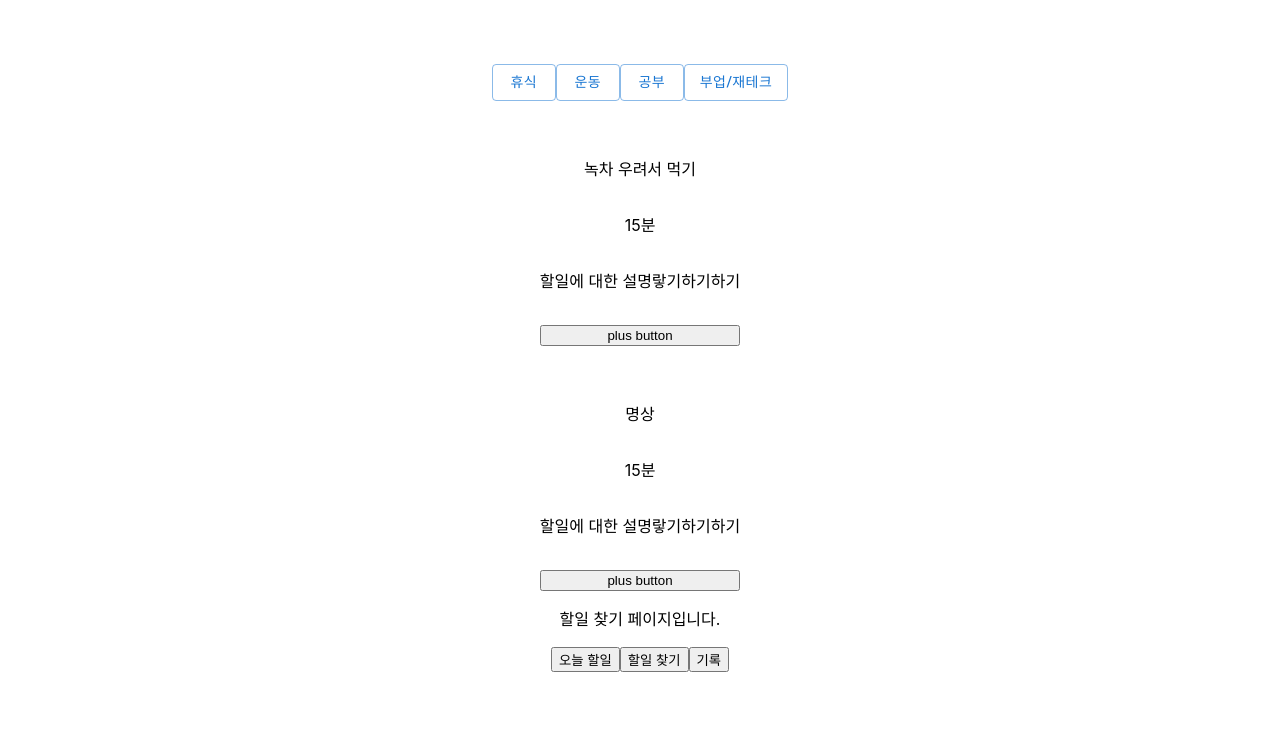
Repository: Tickley-Team/Tickley
Page: /todos/find
An editor plug-in stored every save of this project. The page is shown before and after the next save, followed by the edit.
The browser window is 1280 px wide. The pictures show the whole page.
The project was rebuilt for these pictures with package versions that can differ from the ones it lists, and the page was loaded fresh each time. Also part of the build but not shown: vite.config.ts, src/pages/Todos.tsx, src/components/RangeSlider.tsx, src/pages/SurveySpareTime/index.tsx, src/pages/Home.tsx, src/hooks/useOnboarding.ts, src/pages/OnboardingPage.tsx, src/components/TodoMemoryDatePopup.tsx and 5 more.

Above is the page before, as saved 2024-12-08 18:15:26.

### index.html
<!doctype html>
<html lang="en">
  <head>
    <meta charset="UTF-8" />
    <link rel="icon" type="image/svg+xml" href="/vite.svg" />
    <meta name="viewport" content="width=device-width, initial-scale=1.0" />
    <title>티클리</title>
  </head>
  <body>
    <div id="root"></div>
    <script type="module" src="/src/main.tsx"></script>
  </body>
</html>

### src/index.css
:root {
  font-family: Inter, system-ui, Avenir, Helvetica, Arial, sans-serif;
  line-height: 1.5;
  font-weight: 400;

  color-scheme: light dark;

  font-synthesis: none;
  text-rendering: optimizeLegibility;
  -webkit-font-smoothing: antialiased;
  -moz-osx-font-smoothing: grayscale;
}

### src/App.tsx
import './App.css'

import Todos from './pages/Todos'
import TodosFind from './pages/TodosFind'
import SurveySpareTime from './pages/SurveySpareTime'
import Home from './pages/Home'
import OnboardingPage from './pages/OnboardingPage'
import TodosMemory from './pages/TodosMemory'
import ProgressTimer from './pages/ProgressTimer'
import CompletedTimer from './pages/CompletedTimer'
import { fetchRecommendTodos } from './api/fetchRecommendTodos'
import { createBrowserRouter, RouterProvider } from 'react-router'

function App() {
  const isProduction = process.env.NODE_ENV === 'production'
  const basename = isProduction ? '/Tickley' : '/'

  const router = createBrowserRouter(
    [
      {
        path: '/',
        element: <Home />,
      },
      {
        path: '/todos',
        element: <Todos />,
      },
      {
        path: '/todos/find',
        element: <TodosFind />,
        loader: () =>
          fetchRecommendTodos(
            `${import.meta.env.BASE_URL}data/todoRecommendData.json`,
          ),
      },
      {
        path: '/todos/memory',
        element: <TodosMemory />,
      },
      {
        path: '/survey',
        element: <SurveySpareTime />,
      },
      {
        path: '/onboarding/:onboardingId',
        element: <OnboardingPage />,
      },
      {
        path: '/timer/progress',
        element: <ProgressTimer />,
      },
      {
        path: '/timer/completed',
        element: <CompletedTimer />,
      },
    ],
    {
      basename,
    },
  )

  return (
    <div className="App">
      <RouterProvider router={router} />
    </div>
  )
}

export default App

### src/App.css
#root {
  /* max-width: 1280px; */
  margin: 0 auto;
  text-align: center;
}

### src/pages/TodosFind.tsx
import { useLoaderData, Link } from 'react-router'
import { Box, Button, Stack } from '@mui/material'
import { useFilterTodos } from '../hooks/useFilteredTodos'
import { useLocalStorage } from '../hooks/useLocalStorage'
import { DateNowToUnix } from '../utils'
import {
  CategoryNames,
  RecommendTodo,
  TodoItem,
  TodoRecommendItemType,
} from '../types'
import { MobileLayout } from '../layout/MobileLayout'

const TodosFind = () => {
  const todosMockData = useLoaderData<RecommendTodo[]>()?.map((todo) => ({
    ...todo,
    estimateTime: Number(todo.estimateTime),
  }))
  const { categoryNames, setCategoryName, filteredTodos } =
    useFilterTodos(todosMockData)

  const { addToStoredValue } = useLocalStorage<TodoItem[]>('todos', [])

  const addTodo = (selectedRecommendTodo: RecommendTodo) => {
    addToStoredValue({
      title: selectedRecommendTodo.title,
      estimateTime: selectedRecommendTodo.estimateTime,
      itemStatus: 'ready',
      registeredDate: DateNowToUnix(),
    })
  }
  return (
    <MobileLayout>
      <CategoryBar categoryNames={categoryNames} onClick={setCategoryName} />
      <TodoList list={filteredTodos} onAddTodo={addTodo} />
      <div>
        <p>할일 찾기 페이지입니다.</p>
        <div>
          <Link to="/todos">
            <button>오늘 할일</button>
          </Link>
          <Link to="/todos/find">
            <button>할일 찾기</button>
          </Link>
          <Link to="/todos/memory">
            <button>기록</button>
          </Link>
        </div>
      </div>
    </MobileLayout>
  )
}

export default TodosFind

export const TodoList = ({
  list,
  onAddTodo,
}: {
  list: RecommendTodo[]
  onAddTodo: (todo: RecommendTodo) => void
}) => {
  return (
    <>
      {list.map((todo) => (
        <TodoRecommendItem
          key={todo.id}
          {...todo}
          onClick={() => onAddTodo(todo)}
        />
      ))}
    </>
  )
}
type CategoryBarProps = {
  categoryNames: CategoryNames
  onClick: (e: string) => void
}
export const CategoryBar = ({ categoryNames, onClick }: CategoryBarProps) => {
  return (
    <Box sx={{ display: 'flex' }}>
      {categoryNames.map((categoryName, idx) => (
        <Button
          key={`${categoryName}_${idx}`}
          variant="outlined"
          onClick={() => onClick(categoryName)}
        >
          {categoryName}
        </Button>
      ))}
    </Box>
  )
}

export type TodoRecommendItemProps = TodoRecommendItemType & {
  onClick: (e: React.MouseEvent<HTMLButtonElement>) => void
}
export const TodoRecommendItem = ({
  title,
  estimateTime,
  onClick,
}: TodoRecommendItemProps) => {
  return (
    <Stack direction={{ xs: 'column' }} spacing={{ xs: 1, sm: 2, md: 4 }}>
      <div className={'icon'}>
        <img src="" />
      </div>

      <p>{title}</p>
      <span>{estimateTime}분</span>
      <p>할일에 대한 설명랗기하기하기 </p>

      <button onClick={onClick}>plus button</button>
    </Stack>
  )
}

### src/api/fetchRecommendTodos.ts
import { RecommendTodo } from '../types'

export const fetchRecommendTodos = async (
  path: string,
): Promise<Array<RecommendTodo>> => {
  try {
    const response = await fetch(path)
    if (!response.ok) {
      throw new Error(`HTTP error! status: ${response.status}`)
    }
    return response.json()
  } catch (error) {
    if (error instanceof Error) {
      throw new Error(`데이터 로드 실패: ${error.message}`)
    }
    throw new Error('알 수 없는 에러가 발생했습니다')
  }
}

### src/hooks/useFilteredTodos.tsx
import { useRecommendTodoFilterStore } from '../stores/recommendTodoFilterStore'
import { RecommendTodo } from '../types'
import { useCategoryNames } from './useCategoryNames'

export const useFilterTodos = (todos: Array<RecommendTodo>) => {
  const { spareTime, categoryName, setCategoryName } =
    useRecommendTodoFilterStore()

  const categoryNames = useCategoryNames(todos)

  const filteredTodos = todos.filter(
    (todo) =>
      todo.categoryName === categoryName &&
      Number(todo.estimateTime) <= spareTime,
  )

  return { filteredTodos, categoryNames, setCategoryName, spareTime }
}

### src/hooks/useLocalStorage.ts
import { useState } from 'react'

export const useLocalStorage = <T>(key: string, initialValue: T) => {
  const [value, setValue] = useState<T>(() => {
    const storedValue = localStorage.getItem(key)
    // 로컬스토리지 값이 없으면 초기값 사용, 값이 있으면 JSON으로 파싱
    const data = storedValue ? JSON.parse(storedValue) : initialValue
    // 데이터 타입이 맞는지 확인하고 아니라면 초기값으로 설정
    if (Array.isArray(data)) {
      return data as T // 배열일 때만 배열로 반환
    }
    return initialValue // 배열이 아니면 초기값으로 설정
  })

  const addToStoredValue = (newItem: T extends Array<infer U> ? U : T) => {
    const updatedValue: T = (
      Array.isArray(value) ? [...value, newItem] : newItem
    ) as T

    setValue(updatedValue)
    localStorage.setItem(key, JSON.stringify(updatedValue))
  }

  return { value, addToStoredValue }
}

### src/utils.ts
export const delay: (ms: number) => Promise<boolean> = (ms: number) => {
  return new Promise((resolve) => {
    setTimeout(() => {
      resolve(true)
    }, ms)
  })
}

export const DateNowToUnix = () => Math.floor(Date.now() / 1000)

### src/layout/MobileLayout.tsx
import { Container } from '@mui/material'

export const MobileLayout = ({
  children,
  ...restProps
}: {
  children: React.ReactNode
}) => {
  return (
    <Container
      sx={{
        maxWidth: '375px', // 최대 너비 375px
        margin: '0 auto',
        backgroundColor: 'white',
        height: '100vh',
        display: 'flex', // Flexbox를 사용하여 콘텐츠 정렬
        flexDirection: 'column',
        justifyContent: 'center',
        alignItems: 'center',
        '@media (min-width: 1200px)': {
          maxWidth: '375px', // 1200px 이상에서도 375px 고정
        },
      }}
      {...restProps}
    >
      {/* 여기에 콘텐츠를 추가 */}
      {children}
    </Container>
  )
}

### src/stores/recommendTodoFilterStore.ts
import { create } from 'zustand'

interface RecommendTodoFilterStore {
  categoryName: string
  spareTime: number
  setSpareTime: (spareTime: number) => void
  setCategoryName: (categoryName: string) => void
}
export const useRecommendTodoFilterStore = create<RecommendTodoFilterStore>()(
  (set) => ({
    categoryName: '휴식',
    spareTime: 15,
    setSpareTime: (spareTime) => set({ spareTime }),
    setCategoryName: (categoryName) => set({ categoryName }),
  }),
)

### src/hooks/useCategoryNames.tsx
import { useMemo } from 'react'
import { RecommendTodo } from '../types'

export const useCategoryNames = (todos: RecommendTodo[]): string[] => {
  return useMemo(
    () => Array.from(new Set(todos.map((todo) => todo.categoryName))),
    [todos],
  )
}

### public/data/todoRecommendData.json
[
  {
    "id": 1,
    "title": "녹차 우려서 먹기",
    "categoryCode": "1",
    "categoryName": "휴식",
    "estimateTime": "15"
  },
  {
    "id": 2,
    "title": "명상",
    "categoryCode": "1",
    "categoryName": "휴식",
    "estimateTime": "15"
  },
  {
    "id": 3,
    "title": "요가",
    "categoryCode": "1",
    "categoryName": "휴식",
    "estimateTime": "20"
  },
  {
    "id": 4,
    "title": "헬스",
    "categoryCode": "2",
    "categoryName": "운동",
    "estimateTime": "30"
  },
  {
    "id": 5,
    "title": "달리기",
    "categoryCode": "2",
    "categoryName": "운동",
    "estimateTime": "20"
  },
  {
    "id": 6,
    "title": "영어회화",
    "categoryCode": "3",
    "categoryName": "공부",
    "estimateTime": "20"
  },
  {
    "id": 7,
    "title": "리액트 공식문서 읽기",
    "categoryCode": "3",
    "categoryName": "공부",
    "estimateTime": "15"
  },
  {
    "id": 8,
    "title": "주식",
    "categoryCode": "4",
    "categoryName": "부업/재테크",
    "estimateTime": "20"
  },
  {
    "id": 9,
    "title": "캐시워크",
    "categoryCode": "4",
    "categoryName": "부업/재테크",
    "estimateTime": "10"
  }
]

Loaded but not shown: src/main.tsx (common file)

After the next save:
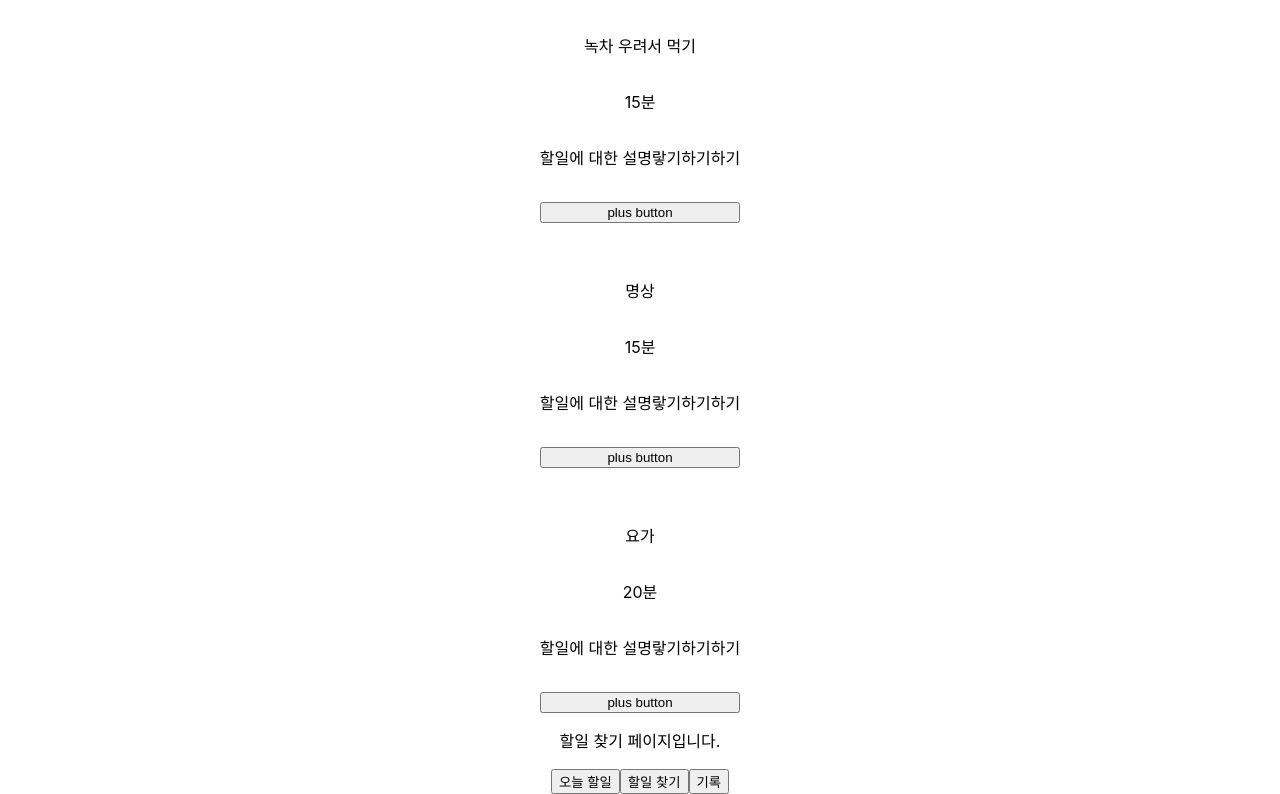
Saved 118 s later.
--- a/src/stores/recommendTodoFilterStore.ts
+++ b/src/stores/recommendTodoFilterStore.ts
@@ -9,7 +9,7 @@ interface RecommendTodoFilterStore {
 export const useRecommendTodoFilterStore = create<RecommendTodoFilterStore>()(
   (set) => ({
     categoryName: '휴식',
-    spareTime: 15,
+    spareTime: 25,
     setSpareTime: (spareTime) => set({ spareTime }),
     setCategoryName: (categoryName) => set({ categoryName }),
   }),
